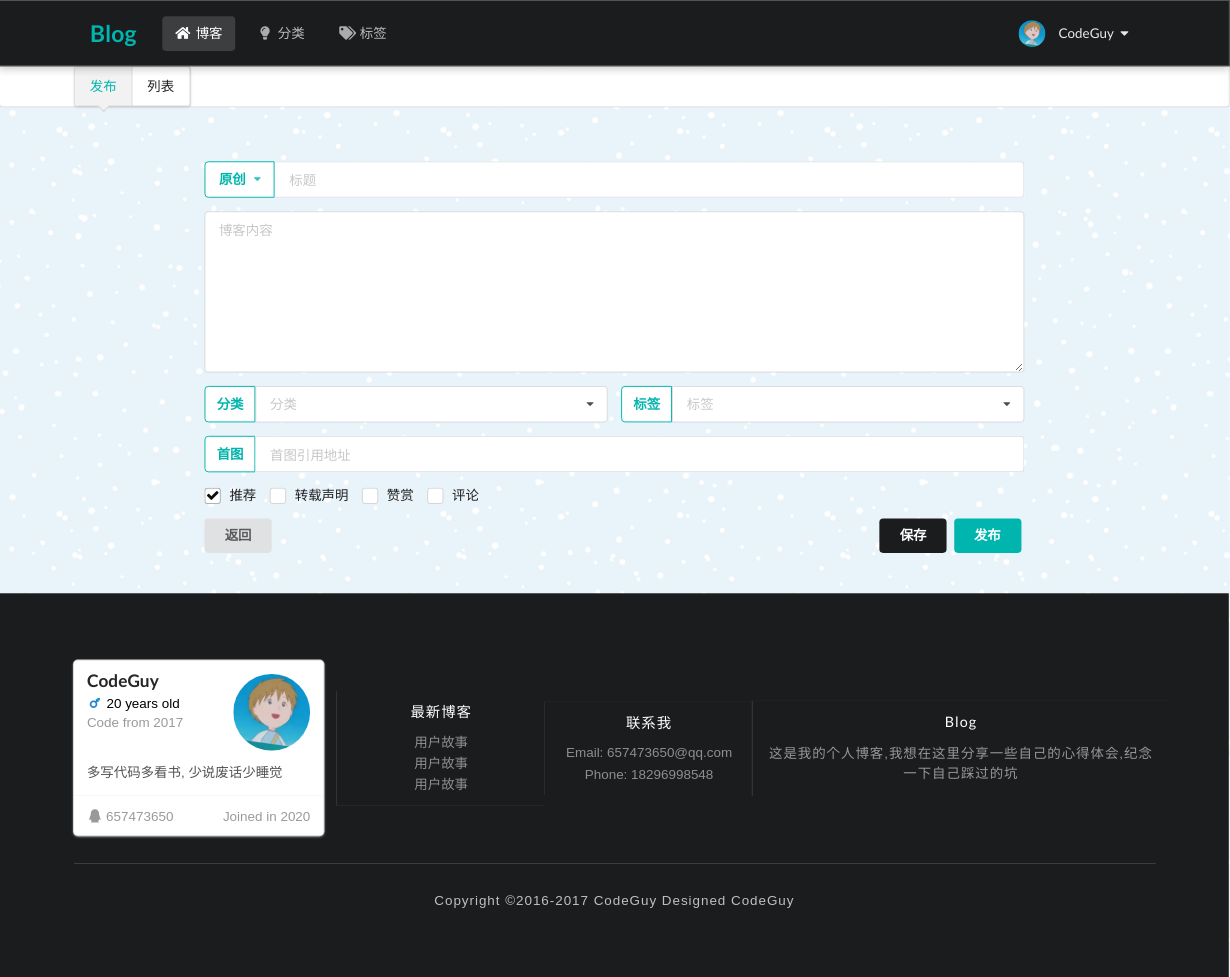
Repository: GOGOHQ/myblog
Page: admin/blog_input.html
The author's editor kept a copy of each file at every save. The page is drawn from the files as they stood at one save, then again after the next save.
The browser window is 1280 px wide. The page is 1281 px wide, so the pictures cover 1281 px, including what lies to the right of the window. The pictures show the whole page, at 96% of full size.
Some web libraries are served in a nearby version.

Above is the page before, as saved 2020-01-19 10:35:04.

After the next save:
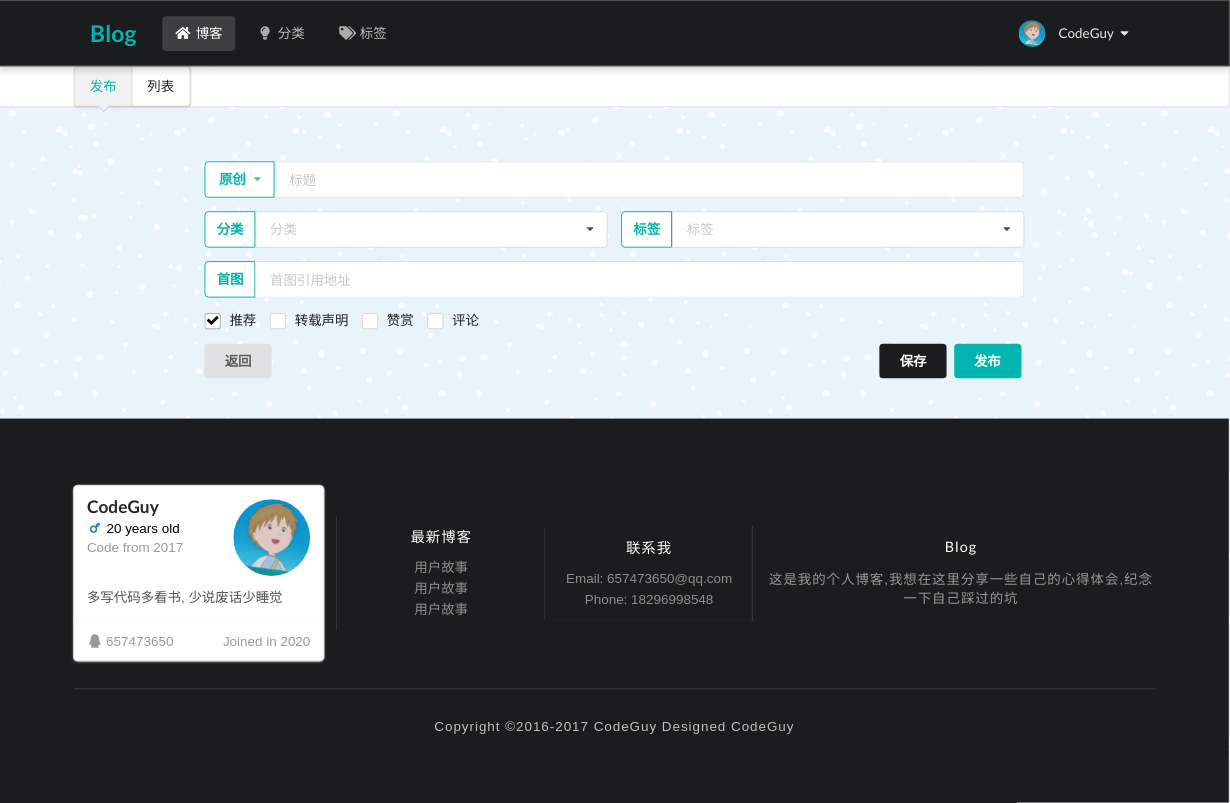
Saved 75 s later.
--- a/admin/blog_input.html
+++ b/admin/blog_input.html
@@ -68,7 +68,8 @@
             </div>
             <div class="field">
                 <div id="md-content">
-                    <textarea placeholder="博客内容" name="content"></textarea>
+                    <textarea placeholder="博客内容" name="content" style="display:none;"></textarea>
+
                 </div>
             </div>
             <div class="two fields">
